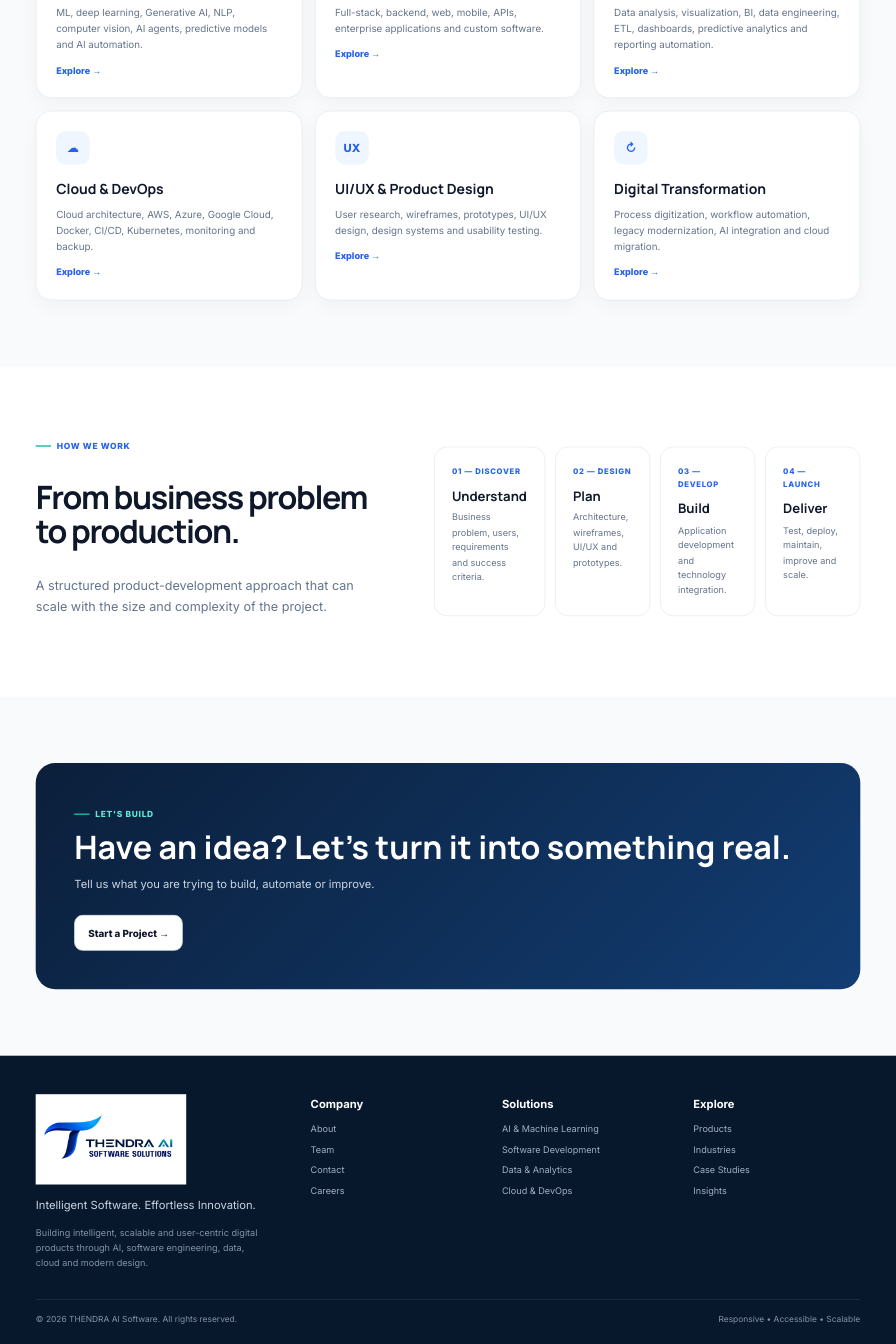
Repository: Soundar586/thendra-ai-website
Page: index.html
The author's editor kept a copy of each file at every save. The page is drawn from the files as they stood at one save, then again after a run of saves.
The browser window is 1280 px wide. The pictures show the part of the page from y = 2063 to 3983 px (the page is 3983 px tall), at 70% of full size.

Above is the page before, as saved 2026-09-10 22:28:06.

### index.html
<!doctype html><html lang="en"><head><meta charset="utf-8"><meta name="viewport" content="width=device-width,initial-scale=1">
<title>Home | THENDRA AI Software</title><meta name="description" content="THENDRA AI Software — Intelligent Software. Effortless Innovation.">
<link rel="stylesheet" href="assets/style.css"></head><body>
<header><div class="container nav"><a class="brand" href="index.html"><img src="assets/thendra-logo.png"width = alt="THENDRA AI Software Solutions"></a><div class="links"><a href="index.html">Home</a><a href="about.html">About</a><a href="services.html">Services</a><a href="products.html">Products</a><a href="industries.html">Industries</a><a href="team.html">Team</a><a href="contact.html">Contact</a><a class="cta-btn" href="contact.html">Start a Project →</a></div><button class="menu" aria-label="Menu">☰</button></div></header>
<main>
<section class="container hero">
<div class="reveal"><div class="eyebrow">AI • SOFTWARE • DATA • CLOUD</div><h1>Building <span class="gradient">Intelligent Software</span> for a Digital Future.</h1>
<p class="lead">THENDRA AI Software creates intelligent software, SaaS platforms, AI solutions, data systems and digital experiences that help organizations solve complex problems and grow faster.</p>
<div class="actions"><a class="btn primary" href="contact.html">Start a Project →</a><a class="btn secondary" href="services.html">Explore Services</a></div></div>
<div class="hero-visual reveal"><div class="orbit"></div><div class="core">T<span><small>AI</small></span></div><div class="panel"><div class="panel-top"><b>THENDRA Intelligence</b><span class="signal">● Systems Ready</span></div><div class="mini-bars"><i style="height:34%"></i><i style="height:49%"></i><i style="height:42%"></i><i style="height:67%"></i><i style="height:61%"></i><i style="height:82%"></i><i style="height:94%"></i></div></div></div>
</section>
<section class="container" style="padding-top:0"><div class="strip reveal"><div>AI & ML<span>Intelligence</span></div><div>Software<span>Web • Mobile • Enterprise</span></div><div>Data<span>Analytics • BI</span></div><div>Transform<span>Cloud • Automation</span></div></div></section>
<section class="soft"><div class="container"><div class="section-head reveal"><div class="eyebrow">About THENDRA</div><h2>More than an IT services company.</h2><p>THENDRA builds intelligent, scalable and user-centric digital products using AI, software engineering, data, cloud and modern design.</p></div>
<div class="cards"><div class="card reveal"><div class="icon">✦</div><h3>Intelligent</h3><p>AI, machine learning, NLP, Generative AI, AI agents and computer vision capabilities.</p></div><div class="card reveal"><div class="icon">⌘</div><h3>Scalable</h3><p>Web, mobile, SaaS, APIs and enterprise software designed for future expansion.</p></div><div class="card reveal"><div class="icon">↗</div><h3>User-Centric</h3><p>Modern UI/UX and product thinking focused on real users and measurable business outcomes.</p></div></div></div></section>
<section><div class="container"><div class="section-head reveal"><div class="eyebrow">Core Services</div><h2>Technology capabilities built around your problem.</h2></div>
<div class="cards"><div class="card reveal"><div class="icon">AI</div><h3>AI & Machine Learning</h3><p>ML, deep learning, Generative AI, NLP, computer vision, AI agents, predictive models and AI automation.</p><a href="services.html#ai" style="display:block;margin-top:15px;color:var(--blue);font-size:13px;font-weight:750">Explore →</a></div>
<div class="card reveal"><div class="icon">01</div><h3>Software Development</h3><p>Full-stack, backend, web, mobile, APIs, enterprise applications and custom software.</p><a href="services.html#software" style="display:block;margin-top:15px;color:var(--blue);font-size:13px;font-weight:750">Explore →</a></div>
<div class="card reveal"><div class="icon">DB</div><h3>Data & Analytics</h3><p>Data analysis, visualization, BI, data engineering, ETL, dashboards, predictive analytics and reporting automation.</p><a href="services.html#data" style="display:block;margin-top:15px;color:var(--blue);font-size:13px;font-weight:750">Explore →</a></div>
<div class="card reveal"><div class="icon">☁</div><h3>Cloud & DevOps</h3><p>Cloud architecture, AWS, Azure, Google Cloud, Docker, CI/CD, Kubernetes, monitoring and backup.</p><a href="services.html#cloud" style="display:block;margin-top:15px;color:var(--blue);font-size:13px;font-weight:750">Explore →</a></div>
<div class="card reveal"><div class="icon">UX</div><h3>UI/UX & Product Design</h3><p>User research, wireframes, prototypes, UI/UX design, design systems and usability testing.</p><a href="services.html#design" style="display:block;margin-top:15px;color:var(--blue);font-size:13px;font-weight:750">Explore →</a></div>
<div class="card reveal"><div class="icon">↻</div><h3>Digital Transformation</h3><p>Process digitization, workflow automation, legacy modernization, AI integration and cloud migration.</p><a href="services.html#transform" style="display:block;margin-top:15px;color:var(--blue);font-size:13px;font-weight:750">Explore →</a></div></div></div></section>
<section class="soft"><div class="container"><div class="split"><div class="reveal"><div class="eyebrow">How We Work</div><h2 style="font-size:46px;line-height:1.08;letter-spacing:-2px">From business problem to production.</h2><p class="lead">A structured product-development approach that can scale with the size and complexity of the project.</p></div>
<div class="steps"><div class="step reveal"><div class="num">01 — DISCOVER</div><h3>Understand</h3><p>Business problem, users, requirements and success criteria.</p></div><div class="step reveal"><div class="num">02 — DESIGN</div><h3>Plan</h3><p>Architecture, wireframes, UI/UX and prototypes.</p></div><div class="step reveal"><div class="num">03 — DEVELOP</div><h3>Build</h3><p>Application development and technology integration.</p></div><div class="step reveal"><div class="num">04 — LAUNCH</div><h3>Deliver</h3><p>Test, deploy, maintain, improve and scale.</p></div></div></div></div></section>
<section><div class="container"><div class="cta-box reveal"><div class="eyebrow" style="color:#5eead4">Let's Build</div><h2 style="font-size:46px;line-height:1.08;margin:12px 0">Have an idea? Let's turn it into something real.</h2><p>Tell us what you are trying to build, automate or improve.</p><div class="actions"><a class="btn secondary" href="contact.html">Start a Project →</a></div></div></div></section>
</main>
<footer><div class="container foot"><div><img src="assets/thendra-logo.png" alt="THENDRA AI Software"><p>Intelligent Software. Effortless Innovation.</p><p style="font-size:13px;color:#8193a8;max-width:320px">Building intelligent, scalable and user-centric digital products through AI, software engineering, data, cloud and modern design.</p></div>
<div><h4>Company</h4><a href="about.html">About</a><a href="team.html">Team</a><a href="contact.html">Contact</a><a href="careers.html">Careers</a></div>
<div><h4>Solutions</h4><a href="services.html">AI & Machine Learning</a><a href="services.html#software">Software Development</a><a href="services.html#data">Data & Analytics</a><a href="services.html#cloud">Cloud & DevOps</a></div>
<div><h4>Explore</h4><a href="products.html">Products</a><a href="industries.html">Industries</a><a href="case-studies.html">Case Studies</a><a href="insights.html">Insights</a></div></div>
<div class="container copyright"><span>© 2026 THENDRA AI Software. All rights reserved.</span><span>Responsive • Accessible • Scalable</span></div></footer>
<script src="assets/app.js"></script></body></html>

### assets/style.css
@import url('https://fonts.googleapis.com/css2?family=Inter:wght@400;500;600;700;800&family=Manrope:wght@600;700;800&display=swap');
:root {
  --navy:#0B1F3A;
  --blue:#2563EB;
  --teal:#14B8A6;
  --bg:#F8FAFC;
  --text:#0F172A;
  --muted:#64748B;
  --white:#fff;
  --line:#E2E8F0;
  --shadow:0 18px 50px rgba(15,23,42,.08);
  --r:22px;
  --max:1180px
}

* {
  box-sizing:border-box
}

html {
  scroll-behavior:smooth
}

body {
  margin:0;
  font-family:Inter,Arial,sans-serif;
  color:var(--text);
  background:var(--bg);
  line-height:1.65
}

a {
  text-decoration:none;
  color:inherit
}

.container {
  width:min(var(--max),92%);
  margin:auto
}

header {
  position:fixed;
  inset:0 0 auto;
  z-index:50;
  background:rgba(255,255,255,.9);
  backdrop-filter:blur(16px);
  border-bottom:1px solid rgba(226,232,240,.85)
}

.nav {
  height:80px;
  display:flex;
  align-items:center;
  justify-content:space-between;
  gap:24px
}

.brand img {
  height:75px;
  width:180px;
  display:block
}

.links {
  display:flex;
  gap:22px;
  align-items:center;
  font-size:13px;
  font-weight:650;
  color:#334155
}

.links a:hover {
  color:var(--blue)
}

.cta-btn {
  padding:11px 17px;
  border-radius:11px;
  background:var(--navy);
  color:white;
  font-weight:750;
  font-size:13px
}

.menu {
  display:none;
  border:0;
  background:none;
  font-size:26px
}

main {
  padding-top:80px
}

.hero {
  min-height:700px;
  display:grid;
  grid-template-columns:1.05fr .95fr;
  align-items:center;
  gap:70px;
  padding:90px 0
}

.eyebrow {
  display:inline-flex;
  align-items:center;
  gap:8px;
  color:var(--blue);
  font-size:12px;
  font-weight:800;
  text-transform:uppercase;
  letter-spacing:1px
}

.eyebrow:before {
  content:"";
  width:22px;
  height:2px;
  background:var(--teal)
}

h1,h2,h3 {
  font-family:Manrope,Inter,sans-serif
}

h1 {
  font-size:clamp(46px,6vw,74px);
  line-height:1.03;
  letter-spacing:-3.5px;
  margin:17px 0
}

.gradient {
  background:linear-gradient(90deg,var(--navy),var(--blue),var(--teal));
  -webkit-background-clip:text;
  background-clip:text;
  color:transparent
}

.lead {
  font-size:18px;
  color:var(--muted);
  max-width:660px
}

.actions {
  display:flex;
  gap:12px;
  flex-wrap:wrap;
  margin-top:30px
}

.btn {
  display:inline-flex;
  align-items:center;
  justify-content:center;
  padding:13px 19px;
  border-radius:12px;
  font-size:14px;
  font-weight:750;
  border:1px solid var(--line)
}

.primary {
  background:var(--navy);
  color:#fff;
  border-color:var(--navy)
}

.secondary {
  background:#fff
}

.primary:hover {
  transform:translateY(-2px)
}

.hero-visual {
  position:relative;
  min-height:500px;
  border-radius:34px;
  overflow:hidden;
  background:linear-gradient(145deg,#071a34,#10366a);
  box-shadow:var(--shadow)
}

.hero-visual:before {
  content:"";
  position:absolute;
  width:390px;
  height:390px;
  border-radius:50%;
  background:radial-gradient(circle,rgba(20,184,166,.42),rgba(37,99,235,.1),transparent 68%);
  right:-100px;
  top:-90px
}

.hero-visual:after {
  content:"";
  position:absolute;
  inset:0;
  background-image:linear-gradient(rgba(255,255,255,.05) 1px,transparent 1px),linear-gradient(90deg,rgba(255,255,255,.05) 1px,transparent 1px);
  background-size:38px 38px;
  mask-image:linear-gradient(to bottom,black,transparent)
}

.orbit {
  position:absolute;
  width:290px;
  height:290px;
  border:1px solid rgba(255,255,255,.18);
  border-radius:50%;
  left:50%;
  top:44%;
  transform:translate(-50%,-50%)
}

.orbit:before,.orbit:after {
  content:"";
  position:absolute;
  width:15px;
  height:15px;
  border-radius:50%;
  background:var(--teal);
  box-shadow:0 0 25px rgba(20,184,166,.8)
}

.orbit:before {
  top:15px;
  left:30px
}

.orbit:after {
  right:25px;
  bottom:45px;
  background:#60a5fa
}

.core {
  position:absolute;
  left:50%;
  top:44%;
  transform:translate(-50%,-50%);
  width:110px;
  height:110px;
  border-radius:28px;
  background:linear-gradient(145deg,#fff,#dbeafe);
  display:grid;
  place-items:center;
  color:var(--navy);
  font-weight:900;
  font-size:25px;
  box-shadow:0 0 60px rgba(96,165,250,.28);
  z-index:2
}

.core small {
  display:block;
  font-size:10px;
  letter-spacing:1px
}

.panel {
  position:absolute;
  z-index:3;
  left:25px;
  right:25px;
  bottom:25px;
  border:1px solid rgba(255,255,255,.12);
  background:rgba(5,20,40,.72);
  backdrop-filter:blur(14px);
  padding:20px;
  border-radius:20px;
  color:white
}

.panel-top {
  display:flex;
  justify-content:space-between;
  font-size:12px;
  color:#cbd5e1
}

.signal {
  color:#5eead4
}

.mini-bars {
  height:80px;
  display:flex;
  align-items:end;
  gap:8px;
  margin-top:14px
}

.mini-bars i {
  display:block;
  flex:1;
  background:linear-gradient(to top,var(--blue),var(--teal));
  border-radius:6px 6px 1px 1px
}

section {
  padding:95px 0
}

.section-head {
  max-width:760px;
  margin-bottom:42px
}

.section-head h2 {
  font-size:clamp(32px,4vw,51px);
  line-height:1.08;
  letter-spacing:-2px;
  margin:12px 0
}

.section-head p {
  color:var(--muted)
}

.soft {
  background:#fff
}

.strip {
  display:grid;
  grid-template-columns:repeat(4,1fr);
  border:1px solid var(--line);
  border-radius:18px;
  background:#fff;
  box-shadow:var(--shadow);
  overflow:hidden
}

.strip div {
  padding:20px;
  border-right:1px solid var(--line);
  font-weight:750
}

.strip div:last-child {
  border:0
}

.strip span {
  display:block;
  color:var(--muted);
  font-size:12px;
  font-weight:500;
  margin-top:2px
}

.cards {
  display:grid;
  grid-template-columns:repeat(3,1fr);
  gap:18px
}

.card {
  background:#fff;
  border:1px solid var(--line);
  border-radius:var(--r);
  padding:28px;
  box-shadow:0 8px 28px rgba(15,23,42,.035);
  transition:.25s
}

.card:hover {
  transform:translateY(-4px);
  box-shadow:var(--shadow);
  border-color:#bfdbfe
}

.icon {
  width:48px;
  height:48px;
  border-radius:14px;
  background:#eff6ff;
  color:var(--blue);
  display:grid;
  place-items:center;
  font-weight:900;
  margin-bottom:18px
}

.card h3 {
  margin:0 0 8px;
  font-size:20px
}

.card p {
  margin:0;
  color:var(--muted);
  font-size:14px
}

.split {
  display:grid;
  grid-template-columns:.9fr 1.1fr;
  gap:70px;
  align-items:center
}

.checklist {
  display:grid;
  gap:13px
}

.check {
  display:flex;
  gap:12px;
  align-items:flex-start;
  padding:15px;
  border:1px solid var(--line);
  background:#fff;
  border-radius:15px
}

.tick {
  width:25px;
  height:25px;
  flex:none;
  border-radius:50%;
  background:#ecfdf5;
  color:#0f766e;
  display:grid;
  place-items:center;
  font-weight:900
}

.pills {
  display:flex;
  flex-wrap:wrap;
  gap:10px
}

.pill {
  background:#fff;
  border:1px solid var(--line);
  padding:10px 14px;
  border-radius:999px;
  font-size:13px;
  font-weight:650;
  color:#475569
}

.steps {
  display:grid;
  grid-template-columns:repeat(4,1fr);
  gap:14px
}

.step {
  padding:25px;
  border:1px solid var(--line);
  border-radius:18px;
  background:#fff
}

.num {
  color:var(--blue);
  font-size:11px;
  font-weight:900;
  letter-spacing:1px
}

.step h3 {
  margin:10px 0 5px
}

.step p {
  color:var(--muted);
  font-size:13px;
  margin:0
}

.page-hero {
  padding:75px 0 50px;
  background:linear-gradient(180deg,#eef6ff,#f8fafc)
}

.page-hero h1 {
  font-size:clamp(42px,5vw,62px);
  margin-bottom:12px
}

.page-hero p {
  color:var(--muted);
  max-width:720px;
  font-size:17px
}

.team {
  display:grid;
  grid-template-columns:repeat(3,1fr);
  gap:18px
}

.person {
  background:#fff;
  border:1px solid var(--line);
  border-radius:20px;
  padding:24px
}

.avatar {
  width:58px;
  height:58px;
  border-radius:17px;
  background:linear-gradient(135deg,#dbeafe,#ccfbf1);
  display:grid;
  place-items:center;
  font-weight:900;
  color:var(--navy);
  margin-bottom:17px
}

.person h3 {
  margin:0 0 3px
}

.role {
  color:var(--blue);
  font-size:12px;
  font-weight:750
}

.person p {
  color:var(--muted);
  font-size:13px
}

.product {
  display:grid;
  grid-template-columns:1fr 1fr;
  gap:35px;
  align-items:center
}

.product-visual {
  min-height:340px;
  border-radius:25px;
  background:linear-gradient(145deg,#0b1f3a,#2563eb);
  padding:30px;
  color:#fff;
  position:relative;
  overflow:hidden
}

.product-visual .window {
  position:absolute;
  left:30px;
  right:30px;
  top:55px;
  bottom:30px;
  border-radius:16px;
  background:rgba(255,255,255,.95);
  color:var(--text);
  padding:22px
}

.line {
  height:9px;
  background:#dbeafe;
  border-radius:9px;
  margin:13px 0
}

.line.short {
  width:55%
}

.cta-box {
  padding:55px;
  border-radius:28px;
  background:linear-gradient(135deg,#0b1f3a,#123d73);
  color:#fff
}

.cta-box p {
  color:#cbd5e1;
  max-width:650px
}

.cta-box .secondary {
  color:var(--text)
}

.form {
  display:grid;
  gap:14px;
  background:#fff;
  padding:28px;
  border:1px solid var(--line);
  border-radius:22px
}

.form-grid {
  display:grid;
  grid-template-columns:1fr 1fr;
  gap:14px
}

.field {
  display:grid;
  gap:7px
}

.field label {
  font-size:12px;
  font-weight:750
}

.field input,.field select,.field textarea {
  font:inherit;
  border:1px solid #cbd5e1;
  border-radius:10px;
  padding:12px;
  background:#fff;
  outline:none
}

.field textarea {
  min-height:140px;
  resize:vertical
}

.field input:focus,.field select:focus,.field textarea:focus {
  border-color:#60a5fa;
  box-shadow:0 0 0 3px #dbeafe
}

.note {
  font-size:12px;
  color:var(--muted)
}

footer {
  background:#07182d;
  color:#cbd5e1;
  padding:55px 0 25px
}

.foot {
  display:grid;
  grid-template-columns:1.5fr 1fr 1fr 1fr;
  gap:35px
}

.foot img {
  content:url("thendra-logo.png");
  width:200px;
  height: 70px;
  display:block;
  margin: bottom 150px;
   width: 60%;
    height: 50%;
    object-fit: cover;
    object-position: center;
}

.foot h4 {
  color:#fff;
  margin:0 0 13px
}

.foot a {
  display:block;
  color:#9fb0c4;
  font-size:13px;
  margin:8px 0
}

.copyright {
  border-top:1px solid rgba(255,255,255,.1);
  margin-top:35px;
  padding-top:18px;
  font-size:12px;
  color:#8193a8;
  display:flex;
  justify-content:space-between
}

.reveal {
  opacity:0;
  transform:translateY(14px);
  transition:.6s
}

.reveal.visible {
  opacity:1;
  transform:none
}

@media(max-width:900px) {
  .links {
    display:none
  }
  .menu {
    display:block
  }
  .nav {
    height:68px
  }
  .brand img {
    width:175px
  }
  .hero,.split,.product {
    grid-template-columns:1fr
  }
  .hero {
    padding-top:70px
  }
  .cards,.team {
    grid-template-columns:1fr 1fr
  }
  .steps {
    grid-template-columns:1fr 1fr
  }
  .strip {
    grid-template-columns:1fr 1fr
  }
  .strip div:nth-child(2) {
    border-right:0
  }
  .strip div:nth-child(-n+2) {
    border-bottom:1px solid var(--line)
  }
  .foot {
    grid-template-columns:1fr 1fr
  }
}

@media(max-width:600px) {
  main {
    padding-top:68px
  }
  section {
    padding:70px 0
  }
  .cards,.team,.steps,.form-grid,.strip {
    grid-template-columns:1fr
  }
  .strip div {
    border-right:0!important;
    border-bottom:1px solid var(--line)!important
  }
  .strip div:last-child {
    border-bottom:0!important
  }
  .hero {
    min-height:auto
  }
  .hero-visual {
    min-height:400px
  }
  .foot {
    grid-template-columns:1fr
  }
  .copyright {
    display:block
  }
  .copyright span {
    display:block;
    margin-top:7px
  }
  h1 {
    letter-spacing:-2.4px
  }
}

### assets/app.js

document.addEventListener('DOMContentLoaded',()=>{
  const obs=new IntersectionObserver(es=>es.forEach(e=>{if(e.isIntersecting)e.target.classList.add('visible')}),{threshold:.12});
  document.querySelectorAll('.reveal').forEach(x=>obs.observe(x));
  const menu=document.querySelector('.menu'), links=document.querySelector('.links');
  if(menu) menu.addEventListener('click',()=>{links.style.display=links.style.display==='flex'?'none':'flex';links.style.position='absolute';links.style.top='68px';links.style.left='0';links.style.right='0';links.style.padding='18px 5%';links.style.background='#fff';links.style.flexDirection='column';links.style.borderBottom='1px solid #e2e8f0'});
  const form=document.querySelector('#contactForm');
  if(form) form.addEventListener('submit',e=>{e.preventDefault();document.querySelector('#formMsg').textContent='Thank you. Your enquiry form is ready to be connected to the Thendra AI backend/email workflow.';form.reset()});
});

After the next 2 saves:
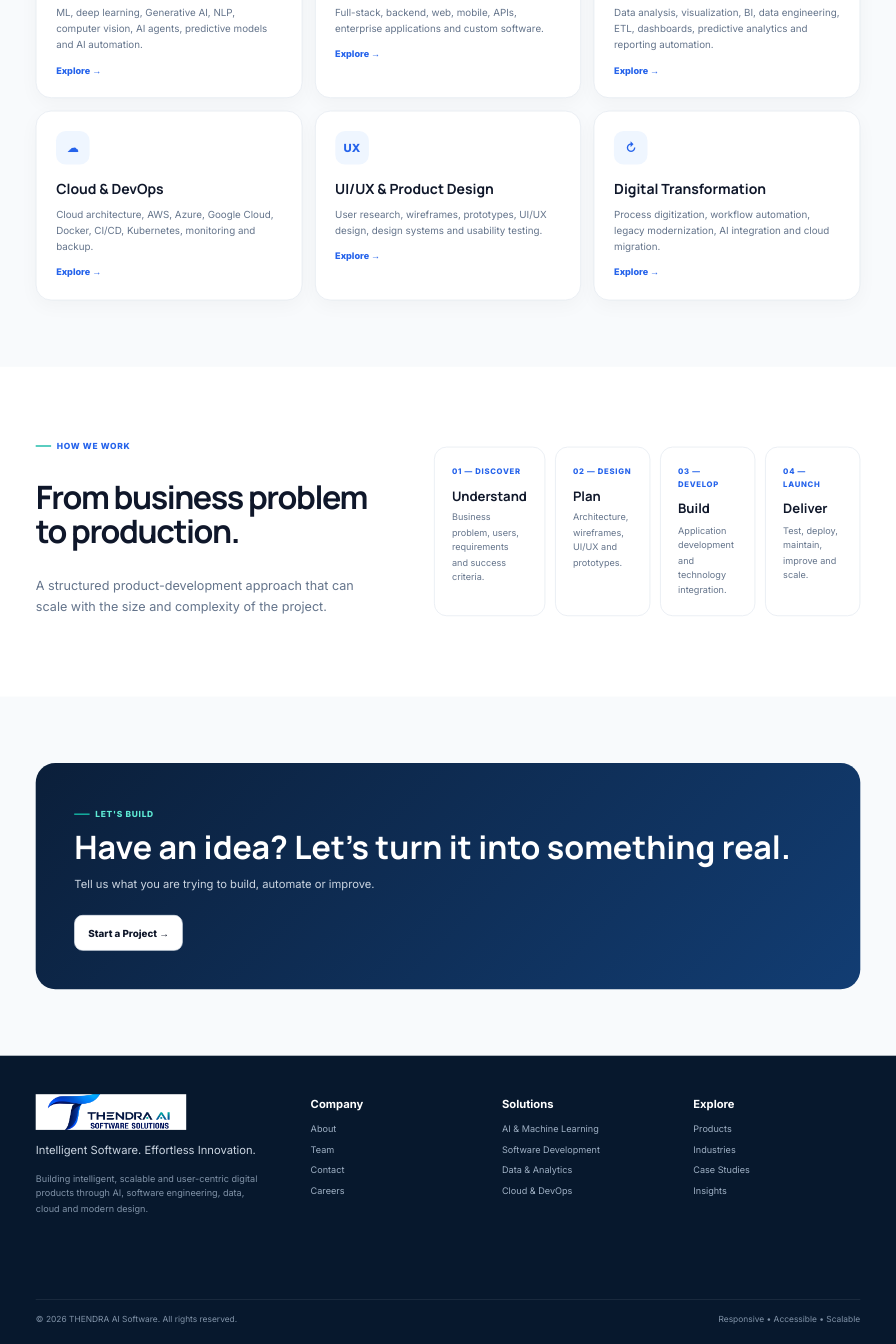
The 2 saves are shown as one change because they came seconds apart.
The last was saved 10 s later.
--- a/assets/style.css
+++ b/assets/style.css
@@ -659,7 +659,7 @@
   display:block;
   margin: bottom 150px;
    width: 60%;
-    height: 50%;
+    height: 20%;
     object-fit: cover;
     object-position: center;
 }
